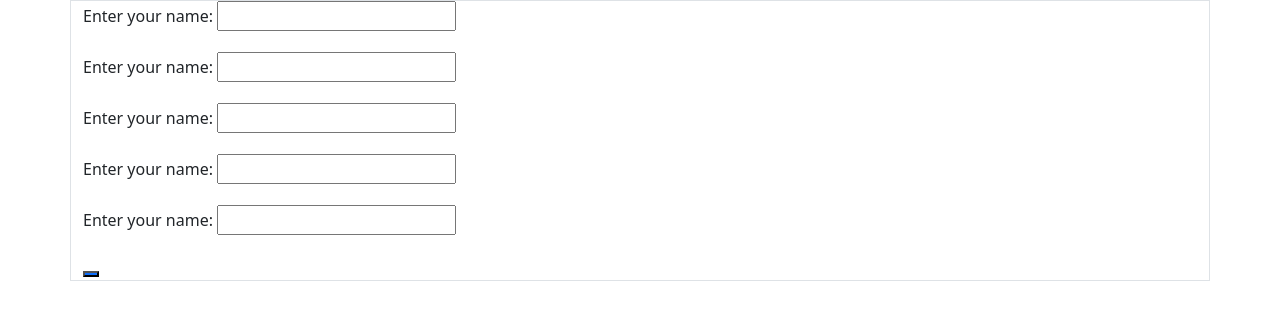
Repository: Abdulahi338/mp3-player-using-js
Page: Bootstrap/form.html
These files come from the project's save history. The page is drawn as it stood at one moment and after the next save; the edit follows.
The browser window is 1280 px wide. The pictures show the whole page.

Above is the page before, as saved 2025-02-01 14:28:46.

After the next save:
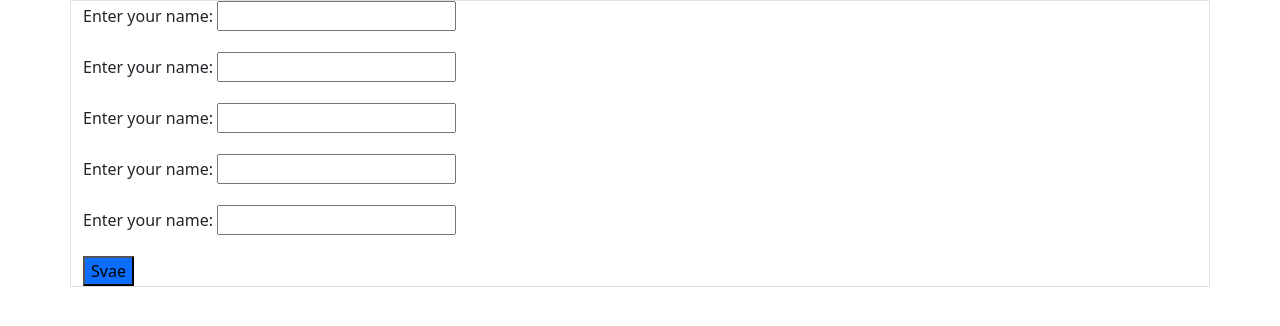
Saved 4 s later.
--- a/Bootstrap/form.html
+++ b/Bootstrap/form.html
@@ -31,7 +31,7 @@
                     <input type="text" class="form_control" name="" id="">
                 </div>
                 <div>
-                    <button type="submit" class="bg-primary"></button>
+                    <button type="submit" class="bg-primary">Svae</button>
                 </div>
 
             </form>
